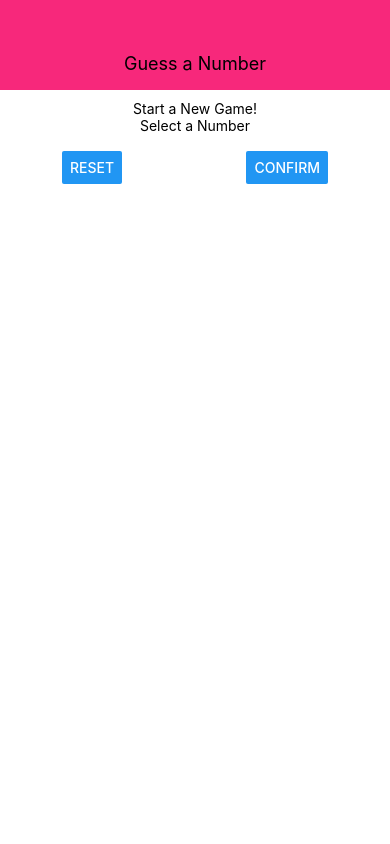
Repository: ChidiChuks/rn-second-project
Screen: / (app in second-project/)
An editor plug-in stored every save of this project. The screen is shown before and after the next save, followed by the edit.
The app was drawn by React Native's web renderer in a window 390 px wide. The project was rebuilt for these pictures with package versions that can differ from the ones it lists, and the page was loaded fresh each time.

Above is the screen before, as saved 2019-10-23 13:19:02.

After the next save:
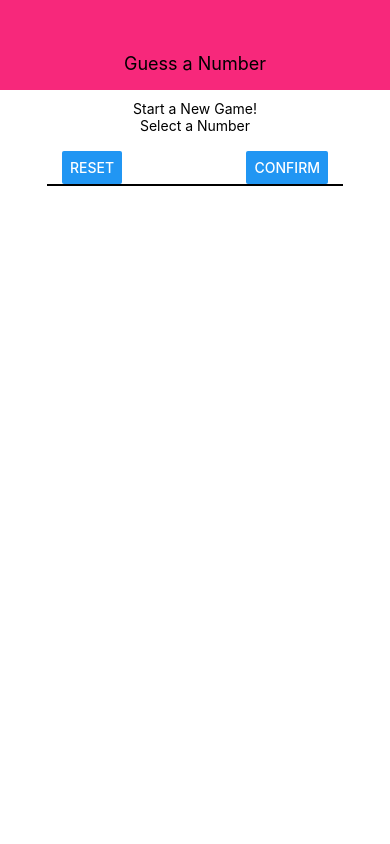
Saved 77 s later.
--- a/second-project/screens/StartGameScreen.js
+++ b/second-project/screens/StartGameScreen.js
@@ -32,7 +32,7 @@ const styles = StyleSheet.create({
     maxWidth: '80%',
     alignItems: 'center',
     shadowColor: 'black',
-    shadowOffset: {}
+    shadowOffset: { width: 0, height: 2 }
   },
   buttonContainer: {
     flexDirection: 'row',
